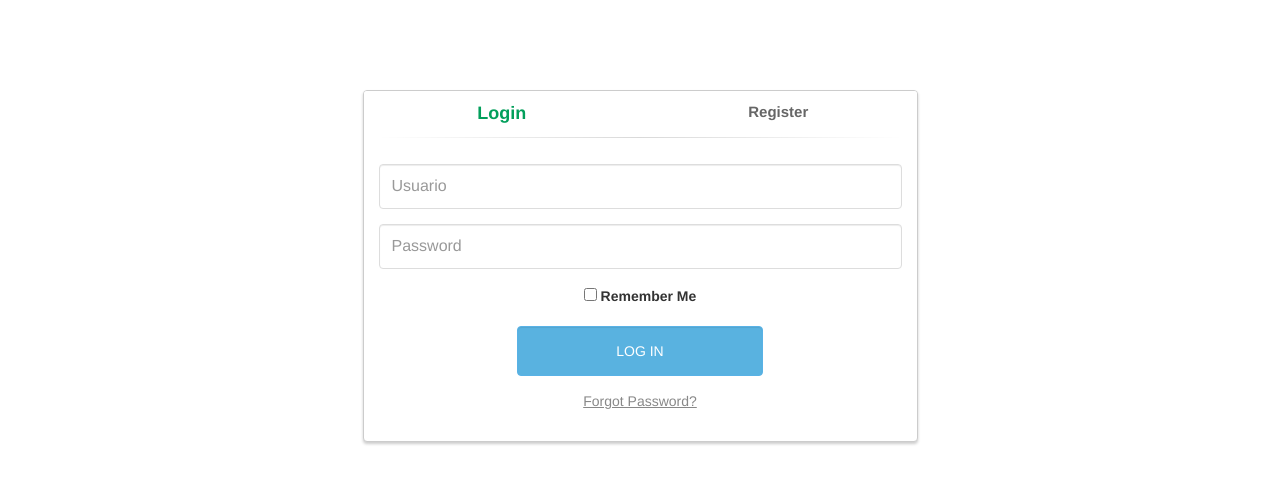
Repository: Kr3n3r/PHP_projects
Page: http://localhost/ejercicioGestionUsuarios/register.php
The author's editor kept a copy of each file at every save. The page is drawn from the files as they stood at one save, then again after the next save.
The browser window is 1280 px wide. The pictures show the whole page.
Some web libraries are served in a nearby version. The page is run by PHP 8.4 with error messages shown; the project is at /var/www/html/.

Above is the page before, as saved 2022-02-08 12:26:49.
Console error (its wording comes from the project's code and is left out).

After the next save:
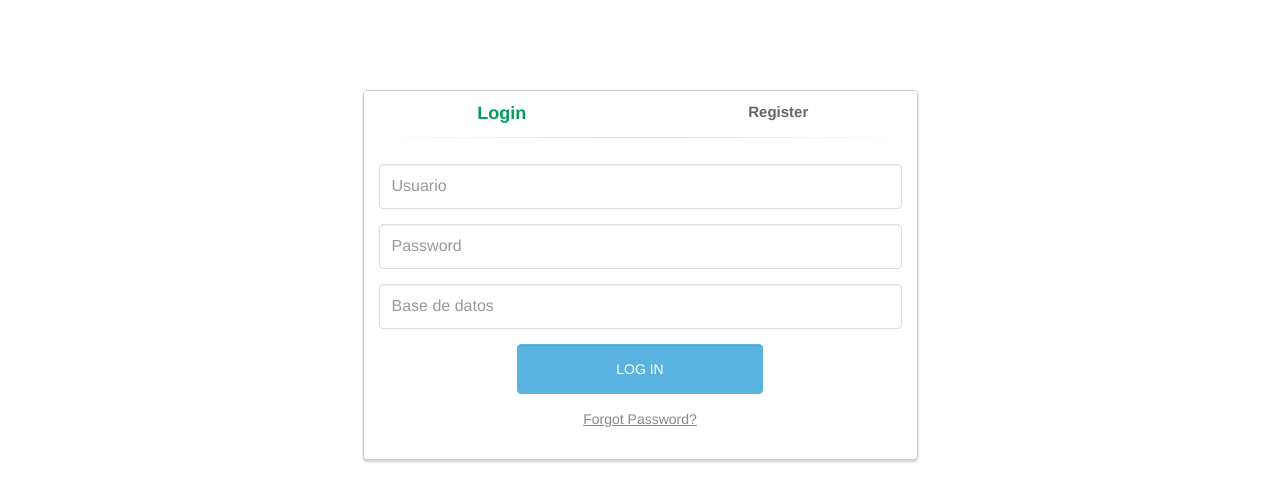
Saved 40 s later.
--- a/sakila/ejercicioGestionUsuarios/register.php
+++ b/sakila/ejercicioGestionUsuarios/register.php
@@ -30,9 +30,8 @@
 									<div class="form-group">
 										<input type="password" name="password" id="password" tabindex="2" class="form-control" placeholder="Password">
 									</div>
-									<div class="form-group text-center">
-										<input type="checkbox" tabindex="3" class="" name="remember" id="remember">
-										<label for="remember"> Remember Me</label>
+									<div class="form-group">
+										<input type="text" name="database" id="password" tabindex="2" class="form-control" placeholder="Base de datos">
 									</div>
 									<div class="form-group">
 										<div class="row">
